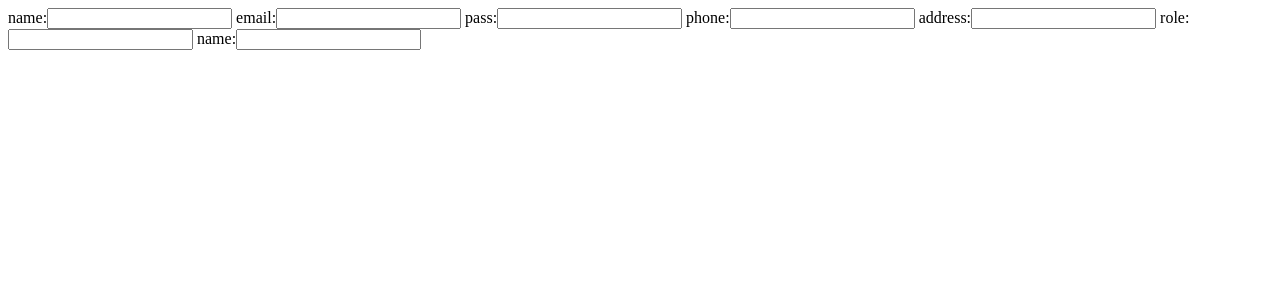
Repository: Ganesh9986320435/AllProjectsFromYestYantra
Page: http://localhost/mcdonaldsprojectjsp/signin.jsp
These files come from the project's save history. The page is drawn as it stood at one moment and after the next save; the edit follows.
The browser window is 1280 px wide. The pictures show the whole page.
The page is served by Tomcat 9. Other server files are loaded and not shown.

Above is the page before, as saved 2023-01-31 10:43:50.

### mcdonaldsprojectjsp/src/main/webapp/signin.jsp
<%@ page language="java" contentType="text/html; charset=UTF-8"
    pageEncoding="UTF-8"%>
<!DOCTYPE html>
<html>
<head>
<meta charset="UTF-8">
<title>Insert title here</title>
</head>
<body>
<form action="signin">
name:<input type="text" name="name">
email:<input type="text" name="email">
pass:<input type="text" name="pass">
phone:<input type="text" name="phone">
address:<input type="text" name="address">
role:<input type="dropdown" name="name">
name:<input type="text" name="name">


















</form>
</body>
</html>

After the next save:
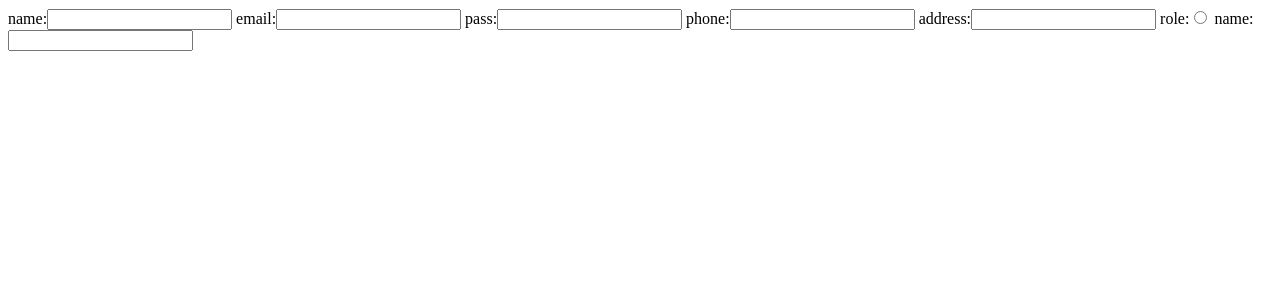
Saved 22 s later.
--- a/mcdonaldsprojectjsp/src/main/webapp/signin.jsp
+++ b/mcdonaldsprojectjsp/src/main/webapp/signin.jsp
@@ -13,7 +13,7 @@
 pass:<input type="text" name="pass">
 phone:<input type="text" name="phone">
 address:<input type="text" name="address">
-role:<input type="dropdown" name="name">
+role:<input type="radio" name="role">
 name:<input type="text" name="name">
 
 
